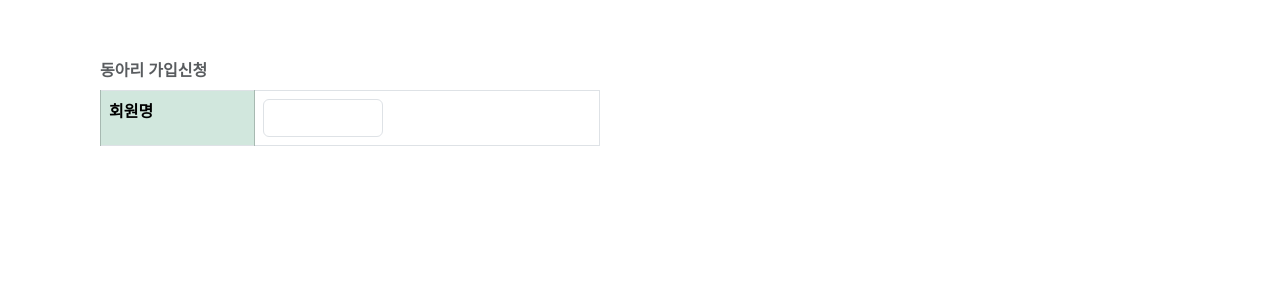
Repository: kim-gemma/JspStudy_hnkim
Page: http://localhost/JspCrudProject/member/addform.jsp
The author's editor kept a copy of each file at every save. The page is drawn from the files as they stood at one save, then again after the next save.
The browser window is 1280 px wide. The pictures show the whole page.
Some web fonts or font styles are not loaded; a fallback is used. The page is served by Tomcat 9.

Above is the page before, as saved 2025-12-11 05:32:09.

After the next save:
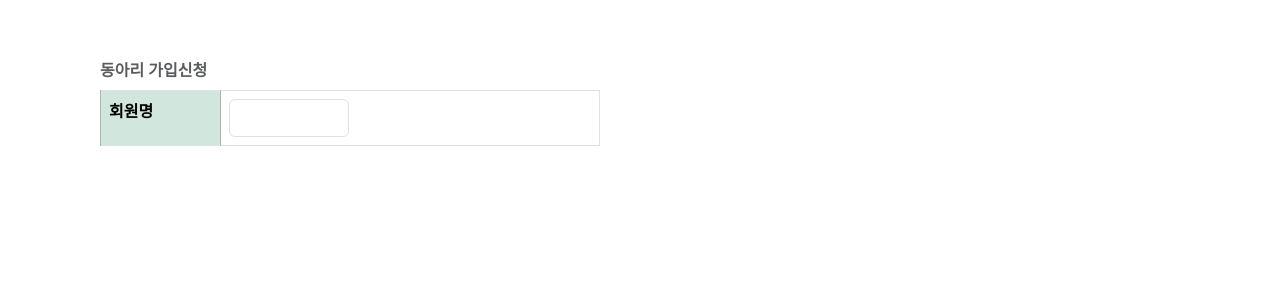
Saved 9 s later.
--- a/JspCrudProject/src/main/webapp/member/addform.jsp
+++ b/JspCrudProject/src/main/webapp/member/addform.jsp
@@ -15,7 +15,7 @@
 			<table class="table table-bordered">
 				<caption align="top"><b>동아리 가입신청</b></caption>
 				<tr>
-					<th class="table-success">회원명</th>
+					<th width="120" class="table-success">회원명</th>
 					<td>
 						<input type="text" name="name" class="form-control"
 						required="required" style="width: 120px;">
